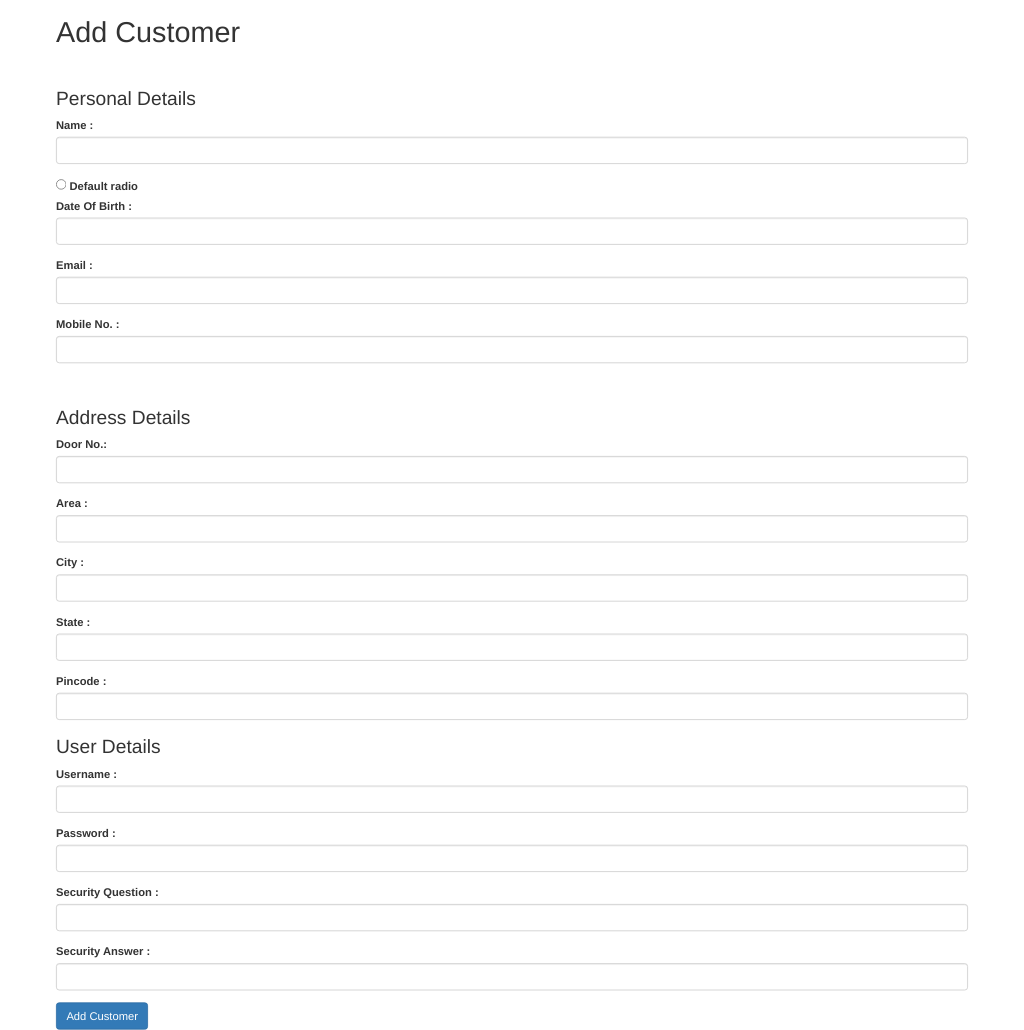
Repository: Shubham-Gawade/SpringHibernateTraining
Page: http://localhost/xorbankonline/WEB-INF/pages/addcustomer.jsp
The author's editor kept a copy of each file at every save. The page is drawn from the files as they stood at one save, then again after the next save.
The browser window is 1280 px wide. The pictures show the whole page, at 80% of full size.
The page is served by Tomcat 9. Nobody is signed in. Other server files are loaded and not shown. The template is opened directly, without the code that normally fills it, so the values that code supplies are empty.

Above is the page before, as saved 2021-10-07 04:51:56.

### xorbankonline/src/main/webapp/WEB-INF/pages/addcustomer.jsp
<%@ page language="java" contentType="text/html; charset=ISO-8859-1"
	pageEncoding="ISO-8859-1"%>
<%@ taglib prefix="form" uri="http://www.springframework.org/tags/form"%>
<!DOCTYPE html>
<html>
<head>
<meta charset="ISO-8859-1">
<title>Insert title here</title>
<link rel="stylesheet"
	href="https://maxcdn.bootstrapcdn.com/bootstrap/3.3.7/css/bootstrap.min.css">
</head>
<body class="container">
	<h1>Add Customer</h1>
	<form:form action="addcustomer" method="post"
		modelAttribute="customerObj">
		<br />
		<h3>Personal Details</h3>
		<div class="form-group">
			<label for="name">Name :</label>
			<form:input type="text" path="personName" class="form-control"
				name="name" />
		</div>
		<div class="form-check">
			<input class="form-check-input" type="radio" name="flexRadioDefault"
				id="flexRadioDefault1" /> <label class="form-check-label"
				for="flexRadioDefault1"> Default radio </label>
		</div>
		<div class="form-group">
			<label for="dateOfBirth">Date Of Birth :</label> <input type="text"
				class="form-control" name="dateOfBirth">
		</div>
		<div class="form-group">
			<label for="emailId">Email :</label>
			<form:input type="email" class="form-control" path="emailId"
				name="emailId" />
		</div>
		<div class="form-group">
			<label for="email">Mobile No. :</label>
			<form:input type="number" class="form-control" path="mobileNo"
				name="mobileNo" />
		</div>

		<br />
		<h3>Address Details</h3>
		<div class="form-group">
			<label for="doorNo">Door No.:</label>
			<form:input type="text" class="form-control" path="address.doorNo"
				name="doorNo" />
		</div>
		<div class="form-group">
			<label for="area">Area :</label>
			<form:input type="text" class="form-control" path="address.area"
				name="area" />
		</div>
		<div class="form-group">
			<label for="city">City :</label>
			<form:input type="text" class="form-control" path="address.city"
				name="city" />
		</div>
		<div class="form-group">
			<label for="state">State :</label>
			<form:input type="text" class="form-control" path="address.state"
				name="state" />
		</div>
		<div class="form-group">
			<label for="pincode">Pincode :</label>
			<form:input type="text" class="form-control" path="address.pincode"
				name="pincode" />
		</div>

		<h3>User Details</h3>
		<div class="form-group">
			<label for="userName">Username :</label>
			<form:input type="text" class="form-control" path="user.userName"
				name="userName" />
		</div>
		<div class="form-group">
			<label for="password">Password :</label>
			<form:input type="text" class="form-control" path="user.password"
				name="password" />
		</div>
		<div class="form-group">
			<label for="securityQuestion">Security Question :</label>
			<form:input type="text" class="form-control"
				path="user.securityQuestion" name="securityQuestion" />
		</div>
		<div class="form-group">
			<label for="securityAnswer">Security Answer :</label>
			<form:input type="text" class="form-control"
				path="user.securityAnswer" name="securityAnswer" />
		</div>
		<input class="btn btn-primary" type="submit" value="Add Customer" />
	</form:form>
</body>
</html>

After the next save:
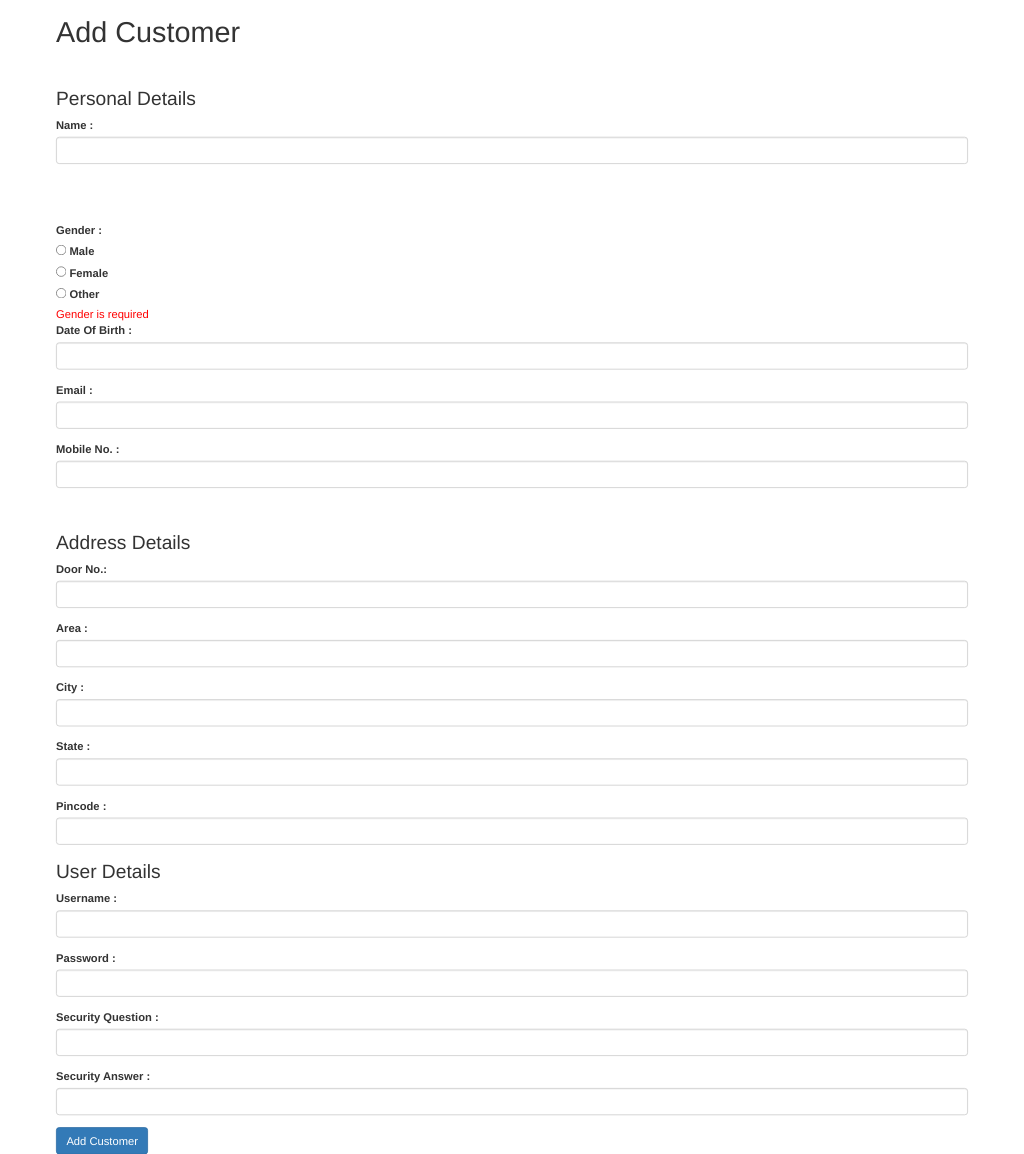
Saved 5 min 6 s later.
--- a/xorbankonline/src/main/webapp/WEB-INF/pages/addcustomer.jsp
+++ b/xorbankonline/src/main/webapp/WEB-INF/pages/addcustomer.jsp
@@ -20,11 +20,22 @@
 			<form:input type="text" path="personName" class="form-control"
 				name="name" />
 		</div>
-		<div class="form-check">
-			<input class="form-check-input" type="radio" name="flexRadioDefault"
-				id="flexRadioDefault1" /> <label class="form-check-label"
-				for="flexRadioDefault1"> Default radio </label>
-		</div>
+        <label style="margin-right: 10%; margin-top: 5%;">Gender :</label>
+        <div class="form-check form-check-inline">
+            <input class="form-check-input" type="radio" name="inlineRadioOptions" formControlName="gender" name="gender" value="male">
+            <label class="form-check-label" >Male</label>
+        </div>
+        <div class="form-check form-check-inline">
+            <input class="form-check-input" type="radio" name="inlineRadioOptions" formControlName="gender" name="gender" value="female">
+            <label class="form-check-label" >Female</label>
+        </div>
+        <div class="form-check form-check-inline">
+            <input class="form-check-input" type="radio" name="inlineRadioOptions" formControlName="gender" name="gender" value="other">
+            <label class="form-check-label" >Other</label>
+        </div>
+        <div *ngIf="addForm.gender.invalid && addForm.gender.touched" style="color: red;">
+            Gender is required
+        </div>
 		<div class="form-group">
 			<label for="dateOfBirth">Date Of Birth :</label> <input type="text"
 				class="form-control" name="dateOfBirth">
